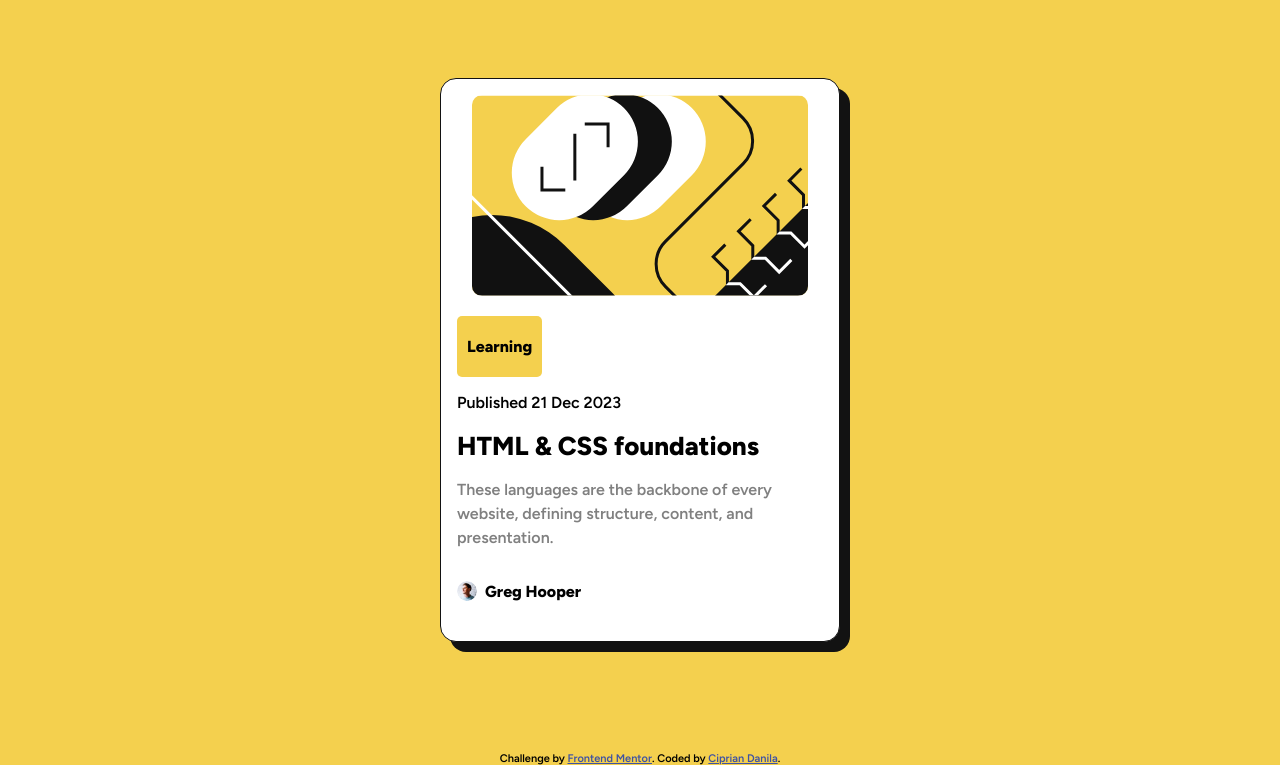
Repository: cipdanila/blog-preview-card
Page: index.html
The author's editor kept a copy of each file at every save. The page is drawn from the files as they stood at one save, then again after the next save.
The browser window is 1280 px wide. The pictures show the whole page.

Above is the page before, as saved 2024-01-28 14:49:34.

After the next save:
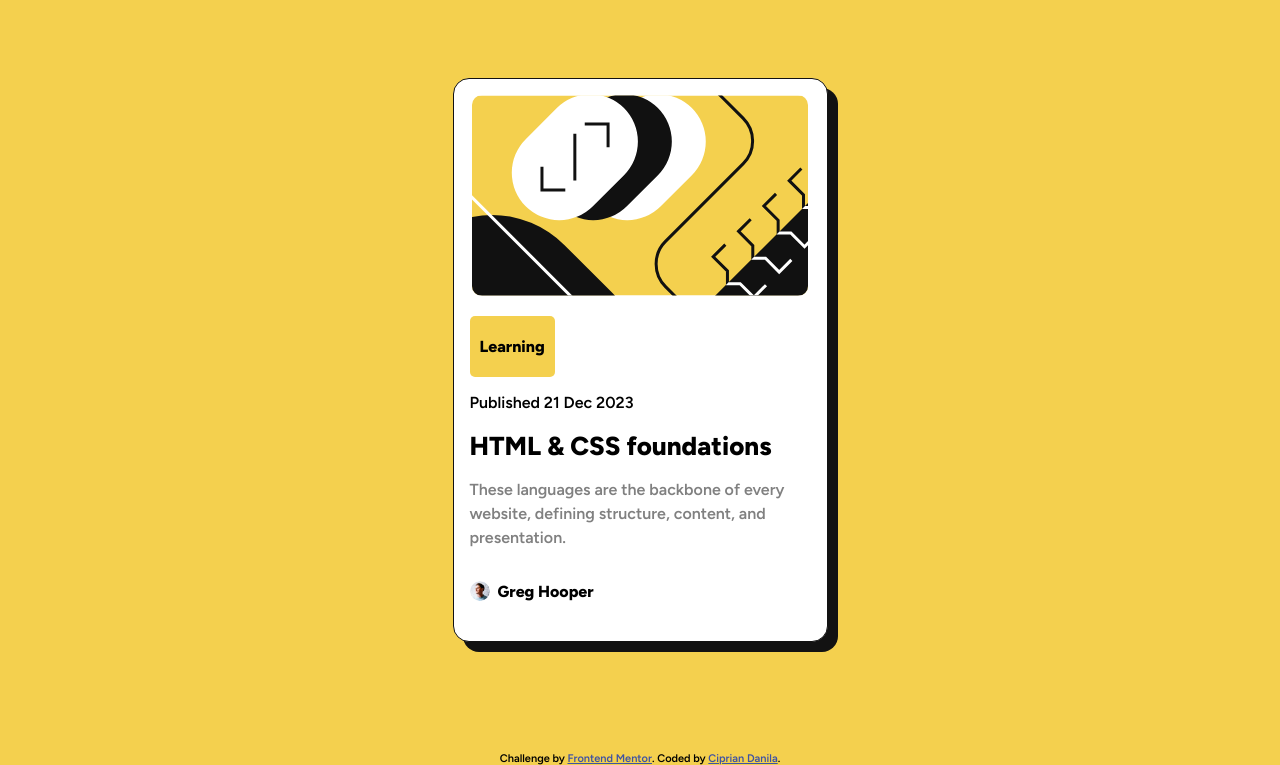
Saved 90 s later.
--- a/style.css
+++ b/style.css
@@ -33,7 +33,7 @@
 }
 
 .card {
-    max-width: 400px;
+    max-width: 375px;
     border-radius: 1rem;
     border: 1px solid var(--black);
     box-shadow: 10px 10px var(--black);
